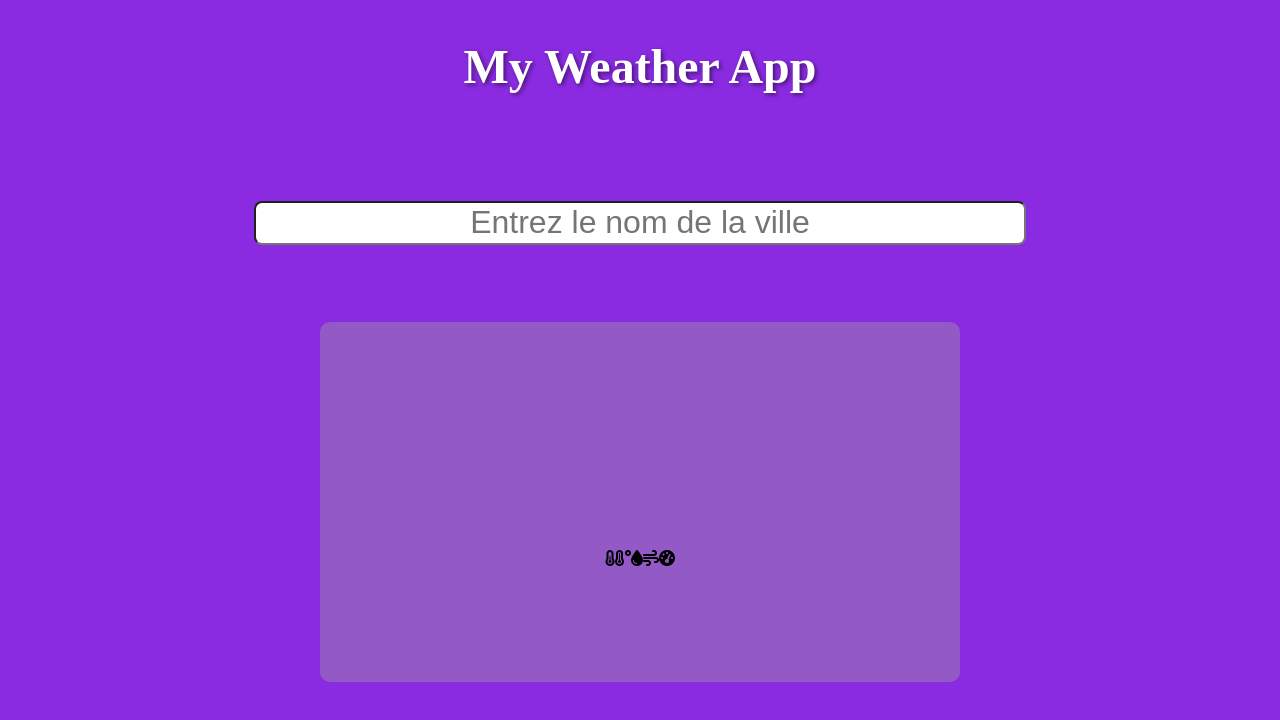
Repository: JeffnyAugustin/MyWeatherApp
Page: index.html
These files come from the project's save history. The page is drawn as it stood at one moment and after a run of saves; the edit follows.
The browser window is 1280 px wide. The pictures show the whole page.

Above is the page before, as saved 2023-11-14 18:12:38.

### index.html
<!DOCTYPE html>
<html lang="fr">

<head>
    <meta charset="UTF-8">
    <meta http-equiv="X-UA-Compatible" content="IE=edge">
    <meta name="viewport" content="width=device-width, initial-scale=1.0">
    <link rel="stylesheet" href="https://cdnjs.cloudflare.com/ajax/libs/font-awesome/6.4.0/css/all.min.css"
        integrity="sha512-iecdLmaskl7CVkqkXNQ/ZH/XLlvWZOJyj7Yy7tcenmpD1ypASozpmT/E0iPtmFIB46ZmdtAc9eNBvH0H/ZpiBw=="
        crossorigin="anonymous" referrerpolicy="no-referrer" />

    <link rel="stylesheet" href="/css/style.css">
    <title>My Weather App</title>
</head>

<body>



    <div id="container">
        <h1>My Weather App</h1>
    </div>

    <script src="/js/script.js"></script>
</body>

</html>

### css/style.css
* {
    padding : 0;
    margin: 0;
}

body {
display: flex;
justify-content: center;
}

#container {
    background-color: blueviolet;
    height: 100vh;
    width: 100vw;
    display: flex;
    flex-direction: column;
    align-items: center;
    justify-content: space-around;

}

#searchBox {
    text-align: center;
    width: 60%;
    height: 40px;
    border-radius: 8px;
    margin-top: 10px;
    font-size: 2rem;
}


#allTogether {
    width: 50VW;
    height: 50VH;
    display: flex;
    flex-direction: column;
    justify-content: space-evenly;
    align-items: center;
    background-color: rgb(158 158 158 / 40%);
    border-radius: 10px;
}

div#meteoElement {
    display: flex;
    flex-direction: row;
    justify-content: space-around;
    flex-wrap: wrap;
}

div#cityElement {
    display: flex;
    flex-direction: row;
    gap: 10px;
}

p {
    font-size: 2rem;
    color: white;
}

p.cityName {
    text-align: center;
}


h1 {
    font-size: 3em; /* Adjust the font size as needed */
    text-align: center;
    color: #ffffff; /* Set your desired text color */
    text-transform: capitalize;
    margin-bottom: 20px;
    text-shadow: 2px 2px 4px rgba(0, 0, 0, 0.5); /* Add a subtle text shadow for a 3D effect */

}

### js/script.js
// Clé D'api
const API_KEY = "b476218e49ef0d0755a713e9ba77f79a";
// Lien vers L'api finissant par une recherche
const API_URL = `https://api.openweathermap.org/data/2.5/forecast?appid=${API_KEY}&units=metric&lang=fr&q=`;


const divContain = document.getElementById("container");
divContain.id = "container";

// Création barre de recherche
const inputSearch = document.createElement("input");
inputSearch.id = "searchBox";
inputSearch.type = "text";
inputSearch.placeholder = "Entrez le nom de la ville"; // Ajout du placeholder

// Création de div
const newDiv = document.createElement("div");
newDiv.id = "allTogether";

const infoCityDiv = document.createElement("div");
infoCityDiv.id = "cityDescription";


// Création de div oiuyr stocker img + description
const cityImgDiv = document.createElement("div");
cityImgDiv.id = "cityElement";

// Création de div pour afficher les informations météorologiques
const weather = document.createElement("div");
weather.id = "meteoElement";

// Création balise paragraphe pour collecter le nom de la ville
const cityName = document.createElement("p");
cityName.className = "cityName";

// Création de div pour afficher la température
const temperatureDiv = document.createElement("div");
temperatureDiv.className = "temperature-container";

// Création balise paragraphe
const temperature = document.createElement("p");
temperature.className = "temps";

// Création de div pour afficher le temps ressenti
const feelsLikeDiv = document.createElement("div");
feelsLikeDiv.className = "feels-like-container";

// Création balise paragraphe pour la sensation thermique
const feelsLike = document.createElement("p");
feelsLike.className = "feels-like";

// Création de div pour afficher l'humidité
const humidityDiv = document.createElement("div");
humidityDiv.className = "humidity-container";

// Création de balise paragraphe pour l'humidité
const humidity = document.createElement("p");
humidity.className = "humidity";

// Création de div pour afficher le vent
const windDiv = document.createElement("div");
windDiv.className = "wind-container";

// Création de balise wind
const DataWind = document.createElement("p");
DataWind.className = "wind";



// Création de div pour l'humidité
const pressureDiv = document.createElement("div");
pressureDiv.className = "pressure-container";

// Création de balise paragraphe pour la pression atmosphérique
const pressure = document.createElement("p");
pressure.className = "pressure";

// Création de div pour afficher la description
const descriptionDiv = document.createElement("div");
descriptionDiv.className = "description-container";

// Création de balise paragraphe pour la description
const description = document.createElement("p");
description.className = "description";



// Création balise image
const image = document.createElement("img");

// Création balise icône pour la température
const temperatureIcon = document.createElement("i");
temperatureIcon.className = "fas fa-thermometer-half";

// Création balise icône pour la sensation thermique
const feelsLikeIcon = document.createElement("i");
feelsLikeIcon.className = "fas fa-temperature-high";

// Création balise icône pour l'humidité
const humidityIcon = document.createElement("i");
humidityIcon.className = "fas fa-tint";

// Création balise icône pour le vent
const windIcon = document.createElement("i");
windIcon.className = "fas fa-wind";

// Création balise icône pour la pression
const pressureIcon = document.createElement("i");
pressureIcon.className = "fas fa-tachometer-alt";



temperatureDiv.append(temperatureIcon, temperature); // ajout de l'icône

feelsLikeDiv.append(feelsLikeIcon, feelsLike); // ajout de l'icône

humidityDiv.append(humidityIcon, humidity); // ajout de l'icône

windDiv.append(windIcon, DataWind); // ajout de l'icône

pressureDiv.append(pressureIcon, pressure)

descriptionDiv.appendChild( description); // ajout de l'icône




// Function to format the date and time
function formatDateTime() {
    const currentDate = new Date();
    const options = { weekday: 'long', year: 'numeric', month: 'long', day: 'numeric', hour: 'numeric', minute: 'numeric', second: 'numeric'};
    return currentDate.toLocaleDateString('fr-FR', options);
}

// Create a div to display the date and time
    const dateTimeDiv = document.createElement("div");
    dateTimeDiv.id = "dateTime";
    infoCityDiv.appendChild(dateTimeDiv);

function checkWeather(city) {
    fetch(API_URL + city)
        .then(res => {
            if (!res.ok) {
                throw new Error("La ville n'a pas été trouvée");
            }
            return res.json();
        })
        .then(data => {
            cityName.textContent = data.city.name;
            image.src = `http://openweathermap.org/img/w/${data.list[0].weather[0].icon}.png`;

            description.textContent = data.list[0].weather[0].description;
            temperature.innerHTML = ` Température :  ${Math.round(data.list[0].main.temp)}°C `;
            feelsLike.textContent = "Temps Ressenti : " + Math.round(data.list[0].main.feels_like) + "°C";
            humidity.textContent = "humidityIcon : " + data.list[0].main.humidity + "%";
            DataWind.textContent = "Vitesse du vent : " + Math.floor(data.list[0].wind.speed) + " Km/h";
            pressure.textContent = "Pression : " + data.list[0].main.pressure + " hPa";

               // Display the date and time
               dateTimeDiv.textContent = "Date du jour : " + formatDateTime();

        })
        .catch(error => {
            console.error("Erreur de requête :", error.message);
            // Ajoutez ici un traitement pour informer l'utilisateur de l'erreur
        });
}

inputSearch.addEventListener("change", () => {
    checkWeather(inputSearch.value);
});


weather.append(temperatureDiv, feelsLikeDiv, humidityDiv, windDiv, pressureDiv); // ajout des éléments Weather
newDiv.append(infoCityDiv, weather); // ajout du conteneur Weather à newDiv
infoCityDiv.append(cityName, cityImgDiv)
cityImgDiv.append(image, descriptionDiv)
divContain.append(inputSearch, newDiv); // ajout de tous les éléments à divContain
document.body.appendChild(divContain);



// Mise à jour des informations météorologiques toutes les 5 minutes
setInterval(function () {
    // Ici, mettre à jour les informations de la météo à l'aide de l'API ou d'autres sources
    // Vous pouvez appeler la fonction checkWeather avec la dernière ville recherchée
    checkWeather(inputSearch.value);
}, 5 * 60 * 1000);

After the next 3 saves:
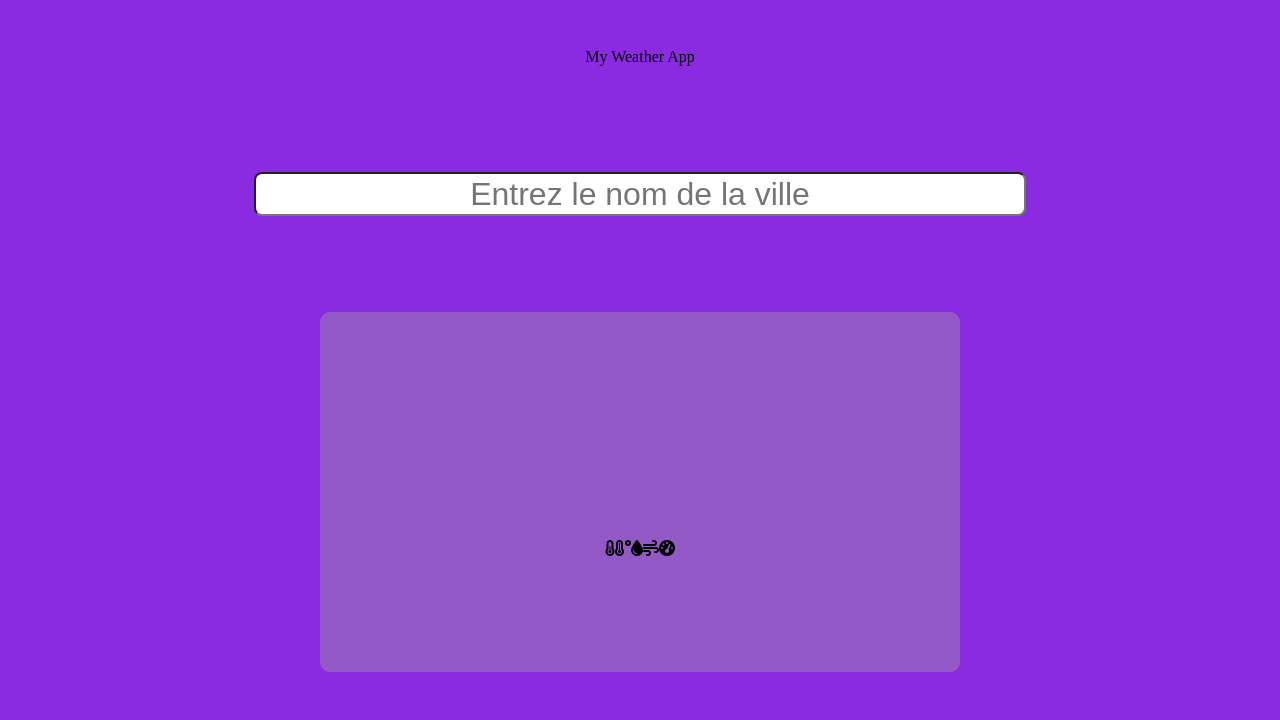
The 3 saves are shown as one change because they came seconds apart.
The last was saved 2 min 1 s later.
--- a/index.html
+++ b/index.html
@@ -17,9 +17,7 @@
 
 
 
-    <div id="container">
-        <h1>My Weather App</h1>
-    </div>
+    <div id="container">My Weather App</div>
 
     <script src="/js/script.js"></script>
 </body>

After the save that followed:
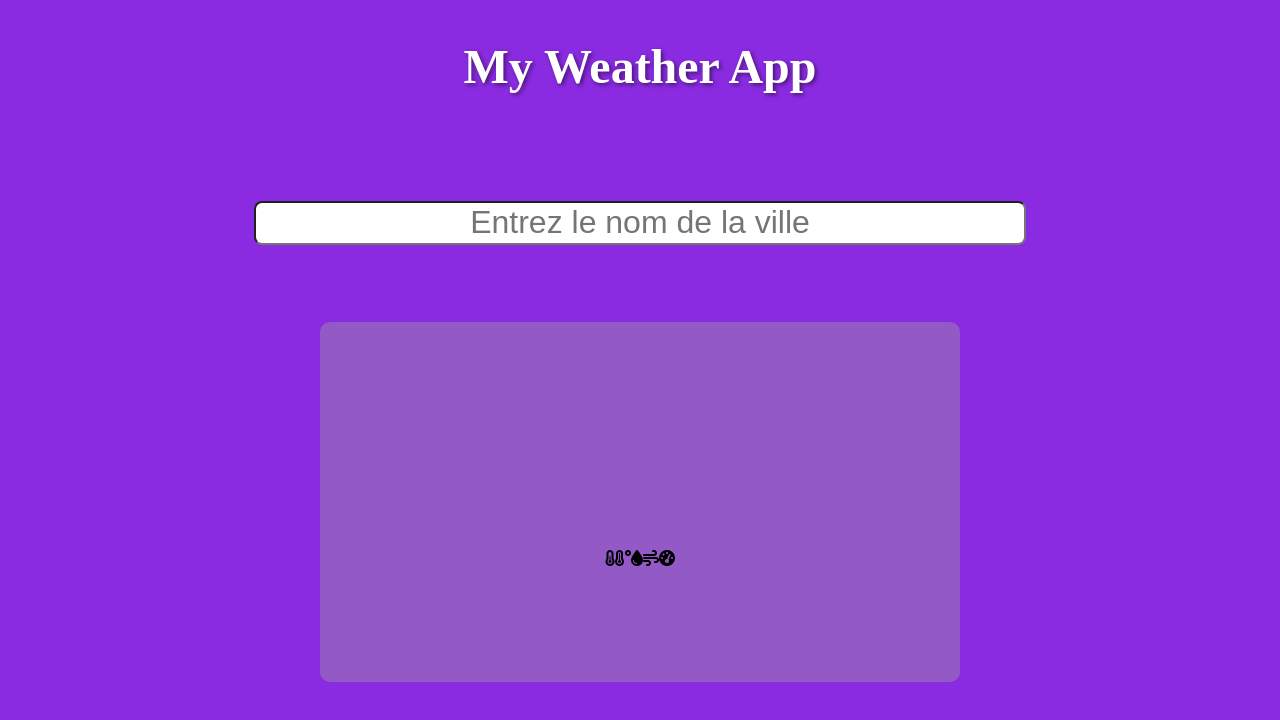
Saved 111 s later.
--- a/index.html
+++ b/index.html
@@ -17,7 +17,9 @@
 
 
 
-    <div id="container">My Weather App</div>
+    <div id="container">
+        <h1>My Weather App</h1>
+    </div>
 
     <script src="/js/script.js"></script>
 </body>
